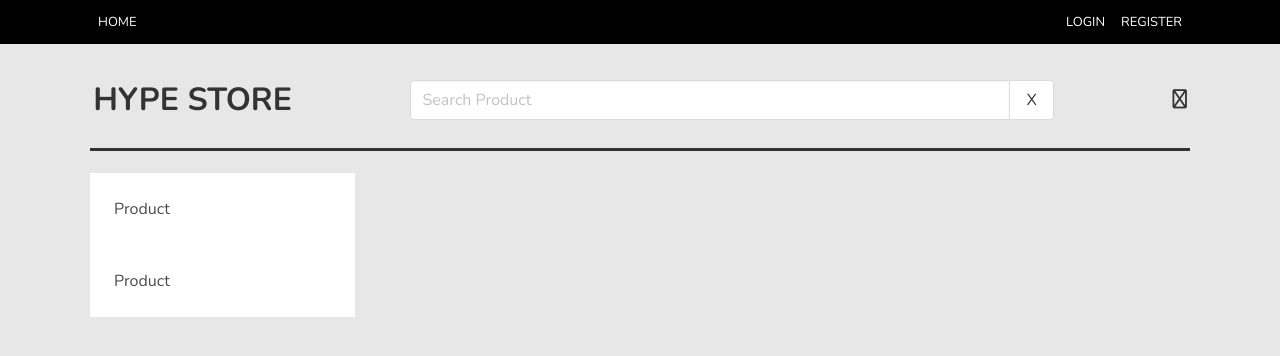
Repository: DraxZh/sneaker_shopping
Page: /
These files come from the project's save history. The page is drawn as it stood at one moment and after the next save; the edit follows.
The browser window is 1280 px wide. The pictures show the whole page.
The project was rebuilt for these pictures with package versions that can differ from the ones it lists, and the page was loaded fresh each time. Also part of the build but not shown: src/components/Login.js, src/components/NotFound.js.

Above is the page before, as saved 2021-12-01 22:04:28.

### public/index.html
<!DOCTYPE html>
<html lang="en">
<head>
    <meta charset="UTF-8">
    <meta http-equiv="X-UA-Compatible" content="IE=edge">
    <meta name="viewport" content="width=device-width, initial-scale=1.0">
    <title>Sneaker Shopping</title>
    <link rel="stylesheet" href="https://cdn.jsdelivr.net/npm/bulma@0.9.3/css/bulma.min.css">
</head>
<body>
    <div id="root"></div>
</body>
</html>

### src/index.js
import React from 'react';
import ReactDom from 'react-dom';
import Router from 'Router';
import App from 'components/App';
import 'css/app.scss';
import 'css/style.scss';

ReactDom.render(<Router />, document.getElementById('root'));

### src/Router.js
import React from 'react';
import {BrowserRouter, Routes, Route} from 'react-router-dom';
import App from 'components/App';
import Login from 'components/Login';
import NotFound from 'components/NotFound';

const Router = () =>(
    <BrowserRouter>
        <Routes>
            <Route path="/" exact element={<App/>}/>
            <Route path="/login" element = {<Login/>}/>
            <Route component={NotFound} />
        </Routes>
    </BrowserRouter>
)

export default Router;

### src/components/App.js
import React from 'react';
import Header from 'components/Header';
import Products from 'components/Products';

class App extends React.Component{

    render(){
        return(
            <div className="main">
                <Header />
                <Products/>
            </div>
        )
    }
}

export default App;

### src/css/app.scss
@charset 'utf-8';

@import url('https://fonts.googleapis.com/css?family=Nunito:400,700');
@import url('https://cdnjs.cloudflare.com/ajax/libs/font-awesome/6.0.0-beta3/css/all.min.css');
$purple: #5400f0;
$pink: #ff506d;
$dark: rgb(43, 43, 43);
$beige-lighter: rgb(231, 231, 231);

//update global variable
$family-sans-serif: 'Nunito', sans-serif;
$primary: $purple;
$link: $pink;
$body-background-color:$beige-lighter;

@import '../../node_modules/bulma/bulma.sass';

### src/css/style.scss
body {
  overflow: hidden;
}
// ------------ Header component --------
.header {
  background-color: rgba(0, 0, 0, 1);
  width: 100%;
  height: 44px;
  color: #fff;
  font-size: 11px;
  line-height: 44px;
  .grid {
    max-width: 1100px;
    margin: auto;
    display: flex;
    justify-content: space-between;
    align-items: center;
    & a {
      display: inline-block;
      color: #fff;
      padding: 0 8px;
      transition: all 0.2s;
      text-transform: uppercase;
      font-size: 13px;
      &:hover {
        color: #ddd;
      }
    }
    .nickname {
      padding-left: 0.4rem;
      font-size: 13px;
      cursor: pointer;
      &:hover {
        color: #ddd;
      }
      i {
        margin-right: 4px;
      }
    }
  }
}

// ------------- NotFound Component -------------

.not-found {
  display: flex;
  justify-content: center;
  align-items: center;
  height: 100vh;
  font-size: 1.6rem;
  font-weight: 900;
}
// ------------- ToolBox Component -------------
.tool-box {
  max-width: 1100px;
  margin: auto;
  border-bottom: 3px solid #333;
  padding: 2rem 0.2rem 1.5rem 0.2rem;
  display: flex;
  justify-content: space-between;
  align-items: center;
  .logo-text {
    font-size: 2rem;
    color: #333;
    font-weight: 600;
    text-transform: uppercase;
  }
  .search-box {
    .search-input {
      width: 600px;
      outline: 0;
    }
  }
  .cart-box {
    cursor: pointer;
    display: inline-block;
    color: #333;
    font-size: 1.2rem;
    .cart-num {
      margin-left: 4px;
    }
  }
}

// --------- Panel component ------------
.panel-wrapper {
  position: relative;
  z-index: 99;
  .panel {
    transition: all 0.3s ease-in-out;
    transform: translateX(25rem);
  }
  &.active {
    .over-layer {
      display: block;
    }
    .panel {
      transform: translateX(0);
    }
  }
}

.over-layer {
  display: none;
  position: fixed;
  top: 0;
  bottom: 0;
  left: 0;
  right: 0;
  background: rgba(0, 0, 0, 0.4);
  z-index: 9;
}
.panel {
  width: 25rem;
  position: fixed;
  top: 0;
  bottom: 0;
  right: 0;
  background: #fff;
  box-shadow: -3px 0 3px rgba(0, 0, 0, 0.04);
  transform: translateX(25rem);
  transition: all 0.3s ease-in-out;
  z-index: 99;
  .head {
    padding: 0.5rem;
    text-align: right;
    .close {
      font-size: 24px;
      font-weight: 600;
      color: #333;
      cursor: pointer;
      line-height: 1;
      margin-right: 4px;
    }
  }
}

// ------- products component ---------

.products {
  max-width: 1100px;
  margin: auto;
  padding: 1.4rem 0;
  .add-btn {
    position: fixed;
    right: 0;
    top: 10rem;
    z-index: 99;
  }
}

.product-fade-enter {
  opacity: 0.1;
}
.product-fade-enter-active {
  opacity: 1;
  transition: all 0.3s ease-in;
}

.product-fade-exit {
  opacity: 1;
}
.product-fade-exit-active {
  opacity: 0.1;
  transition: all 0.3s ease-in;
}

// -------- product component -------

.product {
  width: 265px;
  background: #fff;
  padding: 1.5rem;
  .p-head {
    height: 1.2rem;
    .edit-btn {
      cursor: pointer;
      color: rgb(216, 215, 215);
    }
  }
  .p-content {
    .img-wrapper {
      position: relative;
      .out-stock-text {
        position: absolute;
        top: 0;
        bottom: 0;
        right: 0;
        left: 0;
        background: rgba(255, 255, 255, 0.85);
        display: flex;
        justify-content: center;
        align-items: center;
        color: rgb(199, 84, 18);
        z-index: -1;
        font-weight: 800;
        font-size: 16px;
        text-transform: uppercase;
      }
      img {
        max-width: 100%;
        height: auto;
      }
    }
    .p-tags {
      margin-top: 0.5rem;
      color: rgb(165, 165, 165);
      font-size: 13px;
      padding: 8px 0;
      height: 2rem;
      overflow: hidden;
      text-overflow: ellipsis;
      white-space: nowrap;
    }
    .p-name {
      font-size: 14px;
      color: #333;
      font-weight: 500;
      display: -webkit-box !important;
      overflow: hidden;
      text-overflow: ellipsis;
      word-break: break-all;
      -webkit-box-orient: vertical;
      -webkit-line-clamp: 2;
      height: 2.5rem;
      &:hover {
        color: rgb(38, 99, 190);
      }
    }
  }
  .p-footer {
    display: flex;
    justify-content: space-between;
    align-items: center;
    margin-top: 8px;
    .price {
      color: #333;
      font-weight: 600;
      // &::before {
      //   content: '￥';
      //   font-size: 12px;
      // }
    }
    .add-cart {
      outline: none;
      border: none;
      padding: 0;
      background-color: #eee;
      width: 2rem;
      height: 2rem;
      border-radius: 50%;
      color: rgb(143, 140, 140);
      cursor: pointer;
      transition: all 0.2s;
      &:hover {
        background-color: #333;
        color: #fff;
      }
      &:active {
        background-color: rgb(10, 88, 133);
        color: #fff;
      }
      i {
        transform: translateX(-8%);
      }
      i:last-child {
        display: none;
      }
      &:disabled {
        cursor: not-allowed;
        background-color: #f9f9f9;
        color: rgb(199, 84, 18);
      }
      &:disabled > i:first-child {
        display: none;
      }
      &:disabled > i:last-child {
        display: inline !important;
      }
    }
  }
}
.out-stock {
  .out-stock-text {
    z-index: 1 !important;
  }
}

// ------------ cart component --------
.cart-page {
  max-width: 1100px;
  margin: auto;
  margin-top: 1rem;
  padding: 1rem;
  .cart-title {
    color: #333;
    font-weight: 500;
    font-size: 18px;
    border-bottom: 2px solid #333;
  }
  .cart-list {
    margin-top: 2rem;
    padding: 0rem 1rem;
    background: #fff;
    color: #333;
    .close {
      font-weight: 800;
      display: block;
      padding: 0 8px;
      cursor: pointer;
    }
    .cart-name {
      width: 400px;
      overflow: hidden;
      text-overflow: ellipsis;
      white-space: nowrap;
    }
    .num-input {
      border: 2px solid rgb(212, 210, 210);
      border-radius: 0;
      width: 100px;
      font-size: 14px;
    }
    .price {
      font-weight: 600;
      // &::before {
      //   content: '￥';
      //   font-size: 12px;
      //   margin-right: 2px;
      // }
    }
    .sum-price {
      font-weight: 600;
      color: rgb(214, 111, 111);
      // &::before {
      //   content: '￥';
      //   font-size: 12px;
      //   margin-right: 2px;
      // }
    }
    & td {
      vertical-align: middle;
    }
  }
  .no-cart {
    padding: 1.5rem;
    background: #fff;
    text-align: center;
    margin-top: 1.5rem;
  }
  .cart-total {
    margin-top: 1.5rem;
    text-align: right;
    color: #333;
    .total-price {
      margin-left: 8px;
      font-size: 20px;
      font-weight: 600;
      color: rgb(214, 111, 111);
      // &::before {
      //   content: '￥';
      //   font-size: 16px;
      // }
    }
  }
}
.cart-item-enter {
  opacity: 0.1;
  transition: all 0.3s ease-in;
}
.cart-item-enter.cart-item-enter-active {
  opacity: 1;
}
.cart-item-exit {
  opacity: 1;
  transition: all 0.3s ease-in;
}
.cart-item-exit.cart-item-exit-active {
  opacity: 0.1;
}

// ---------- Inventory Component --------
.inventory {
  padding: 1rem 2rem;
}

// ----------- User Profile Components -------
.user-profile {
  padding: 1rem 2rem;
}

// --------- Login Page --------------
.login-wrapper {
  display: flex;
  justify-content: center;
  align-items: center;
  height: 100vh;
  .login-box {
    width: 350px;
    padding: 1.5rem 1.5rem 2rem 1.5rem;
  }
}

// --------- response ----------------
@media screen and (max-width: 768px) {
  .product {
    width: 100%;
  }
  .panel {
    width: 100%;
  }
  .products {
    padding: 0;
  }
  .tool-box {
    padding: 1.5rem 1rem;
  }
  .tool-box > .search-box {
    display: none;
  }
  .cart-name {
    width: auto !important;
    white-space: normal !important;
  }
  .login-box {
    width: 100%;
  }
}

### src/components/Header.js
import React from 'react';

class Header extends React.Component{

    renderLink(){
        const nickname = this.props.nickname;
        if(nickname){
            return(
                <span className="nickname">
                    <i className="far fa-user"></i>
                    {this.props.nickname}
                </span>
            )
        }else{
            return(
                <React.Fragment>
                    <a href="/">Login</a>
                    <a href="/">Register</a>
                </React.Fragment>
            )
        }
    }
    render(){
        return(
            <div className="header">
                <div className="grid">
                    <div className="start">
                        <a href="/">Home</a>
                    </div>
                    <div className="end">
                        {this.renderLink()}
                    </div>
                </div>
            </div>
        )
    }
}

export default Header;

### src/components/Products.js
import React from 'react';
import ToolBox from './ToolBox';
import Product from './Product';

class Products extends React.Component{
    render(){
        return(
            <div>
                <ToolBox/>
                <div className="products">
                    <Product/>
                    <Product/>
                </div>
            </div>
        )
    }
}

export default Products;

### src/components/ToolBox.js
import React from 'react';

class ToolBox extends React.Component{
    render(){
        return (
            <div className="tool-box">
                <div className="logo-text">Hype Store</div>
                <div className="search-box">
                    <div className="field has-addons">
                        <div className="control">
                            <input type="text" className="input search-input" placeholder="Search Product"/>
                        </div>
                        <div className="control">
                            <button className="button">X</button>
                        </div>
                    </div>
                </div>
                <div className="cart-box">
                    <i className="far fa-shopping-cart"></i>
                </div>
            </div>
        );
    }
}

export default ToolBox;

### src/components/Product.js
import React from 'react';


class Product extends React.Component{
    render(){
        return(
            <div className="product">
                <p>Product</p>
            </div>
        )
    };
}

export default Product;

After the next save:
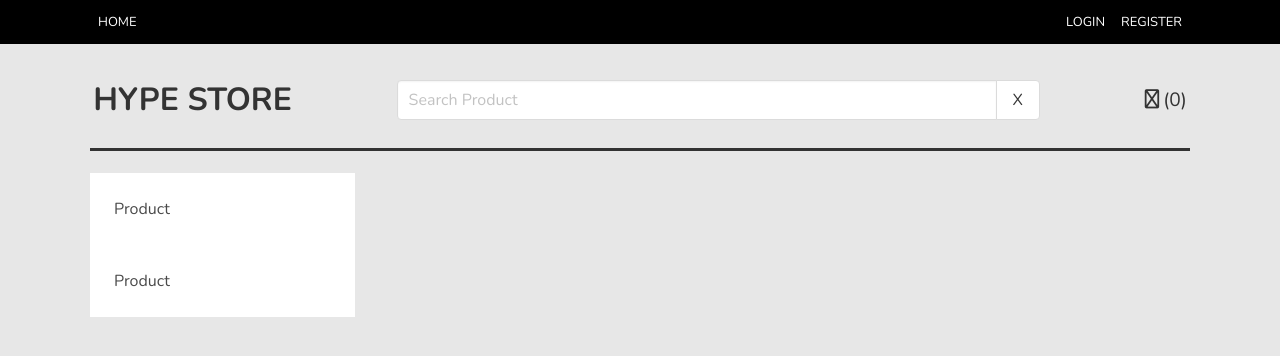
Saved 2 min 56 s later.
--- a/src/components/ToolBox.js
+++ b/src/components/ToolBox.js
@@ -17,6 +17,7 @@
                 </div>
                 <div className="cart-box">
                     <i className="far fa-shopping-cart"></i>
+                    <span className="cart-num">(0)</span>
                 </div>
             </div>
         );
